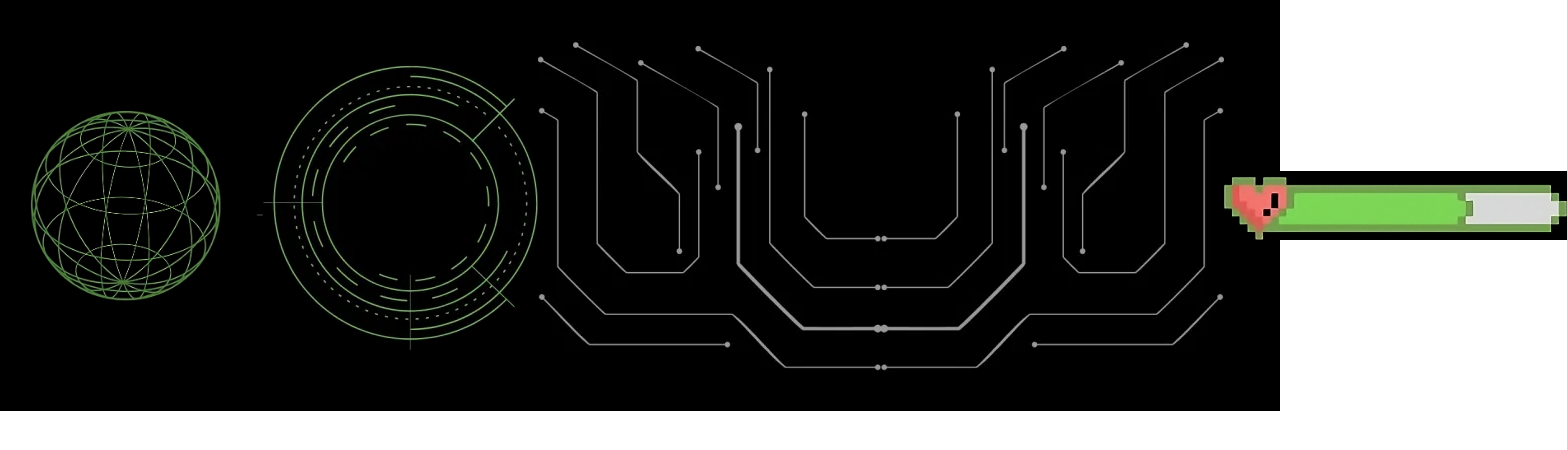
Repository: oxniw/bio-vocab
Page: /
These files come from the project's save history. The page is drawn as it stood at one moment and after the next save; the edit follows.
The browser window is 1280 px wide. The page is 1567 px wide, then 1396 px, so the pictures cover 1567 px, including what lies to the right of the window. The pictures show the whole page.
The project was rebuilt for these pictures with package versions that can differ from the ones it lists, and the page was loaded fresh each time. The framework's server and built-in components were replaced by stand-ins that run in the browser. Also part of the build but not shown: next.config.ts.

Above is the page before, as saved 2025-03-31 18:50:19.

### src/app/page.jsx
import Image from "next/image";

export default function Home() {
  return (
    <div className="w-full relative bg-black justify-center items-center flex">
      <div className="w-full relative bg-black justify-center items-center flex">
        <Image
        className=""
        src="/biogame/b.svg"
        alt="Next.js logo"
        width={1920}
        height={1080}
        priority/>
      </div>
      <Image
      className=""
      src="/com/cysphere.png"
      alt="Next.js logo"
      width={275}
      height={408}
      priority
      />
      <Image
      className=""
      src="/com/cysphere.png"
      alt="Next.js logo"
      width={275}
      height={408}
      priority
      />
      <Image
      className=""
      src="/com/cy4d.png"
      alt="Next.js logo"
      width={275}
      height={408}
      priority
      />

      <Image
      className=""
      src="/com/cy2d.png"
      alt="Next.js logo"
      width={343}
      height={411}
      priority
      />
      <Image
      className=""
      src="/com/cyd3.png"
      alt="Next.js logo"
      width={343}
      height={411}
      priority
      />

      <Image
      className=""
      src="/com/cyhp.png"
      alt="Next.js logo"
      width={343}
      height={411}
      priority
      />
    </div>
  );
}

Loaded but not shown: src/app/layout.tsx (common file); src/app/globals.css (common file)

After the next save:
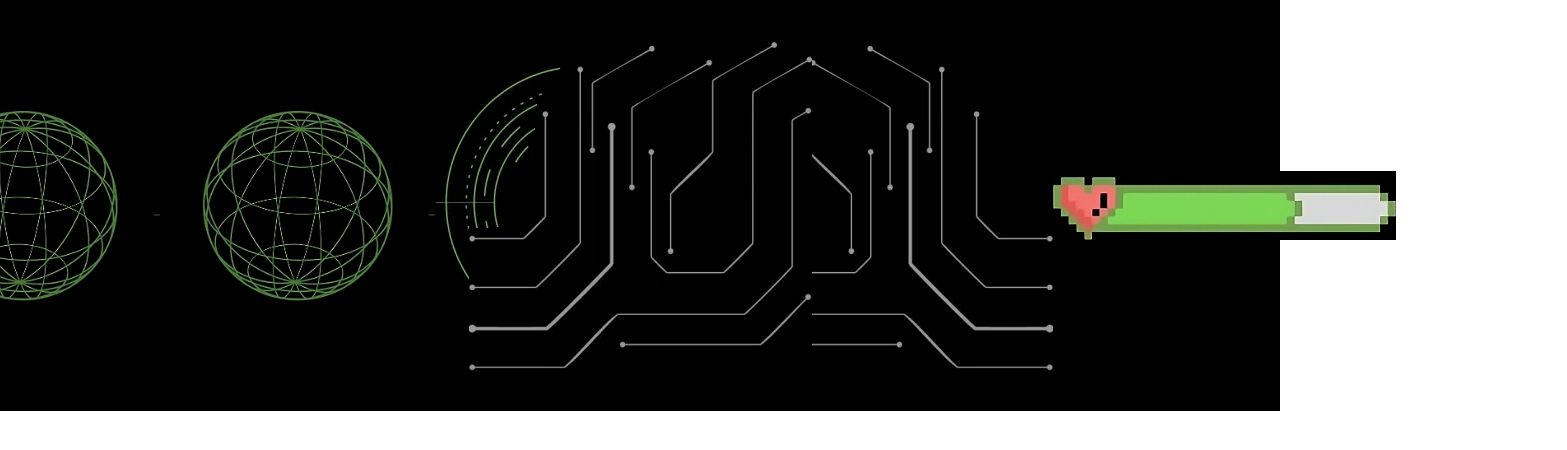
Saved 51 s later.
--- a/src/app/page.jsx
+++ b/src/app/page.jsx
@@ -46,7 +46,7 @@
       priority
       />
       <Image
-      className=""
+      className="absolute bottom-0 "
       src="/com/cyd3.png"
       alt="Next.js logo"
       width={343}
